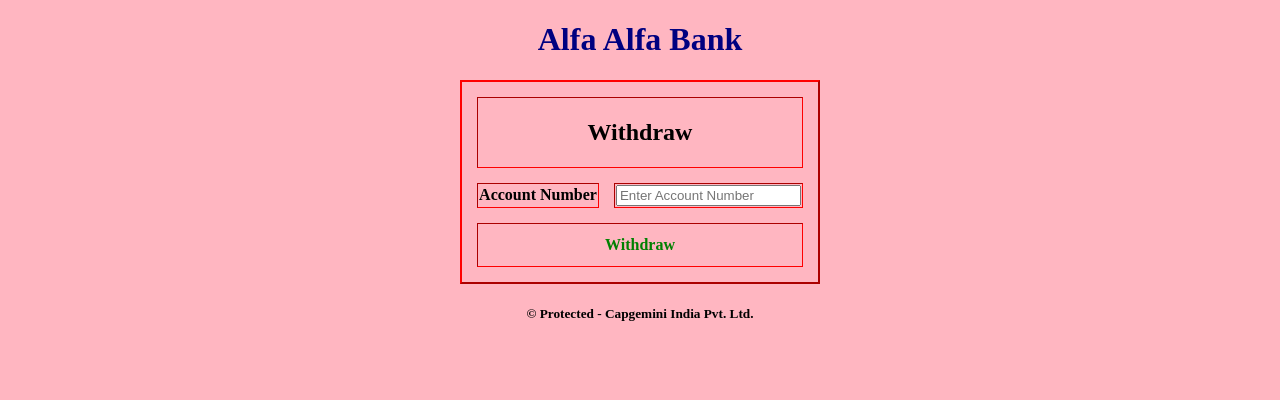
Repository: Rccalfa123/OnlineBankingApp
Page: http://localhost/AlfaAlfaBankApp/withdrawForm.jsp
These files come from the project's save history. The page is drawn as it stood at one moment and after the next save; the edit follows.
The browser window is 1280 px wide. The pictures show the whole page.
The page is served by Tomcat 9. Other server files are loaded and not shown.

Above is the page before, as saved 2018-08-10 12:46:53.

### AlfaAlfaBankApp/WebContent/withdrawForm.jsp
<%@ page language="java" contentType="text/html; charset=ISO-8859-1"
    pageEncoding="ISO-8859-1"%>
<!DOCTYPE html>
<html>
<head>

<link rel="stylesheet" type="text/css" href="mystyle.css">

<meta charset="ISO-8859-1">
<title>Insert title here</title>
</head>
<body>

<jsp:include page="header.jsp"></jsp:include>

		<form action=".app" method="get">

			<div>
				<table cellspacing="15" align="center" border="2">
					<tr>
						<th colspan="6" height="35"><h2>Withdraw</h2></th>
					</tr>
					<tr>
						<th height="20">Account Number</th>
						<th colspan="5" > <input type="number" name="typedAccount"  placeholder="Enter Account Number"></th>
					</tr>

					<tr>
						<th colspan="6"  height="40"><a href = "withdraw.app">Withdraw</a></th>
					</tr>
				</table>
			</div>

		</form>
	<jsp:include page="footer.html"></jsp:include>


</body>
</html>

### AlfaAlfaBankApp/WebContent/header.jsp
<%@taglib prefix="jstl" uri="http://java.sun.com/jsp/jstl/core" %>
<div align="center">
	<h1>Alfa Alfa Bank</h1>
</div>

### AlfaAlfaBankApp/WebContent/footer.html
<div align="center">
<h5>&copy; Protected - Capgemini India Pvt. Ltd.</h5>
</div>

### AlfaAlfaBankApp/WebContent/mystyle.css
@charset "ISO-8859-1";

body {
    background-color: lightpink;
}

h1 {
    color: navy;
}

td{

 font-family: sans-serif;

}

table {
	border-color: red;
	border-right: 2px 2px 2px 2px ;
}

a{
	text-decoration: none;
	color: green;
}

After the next save:
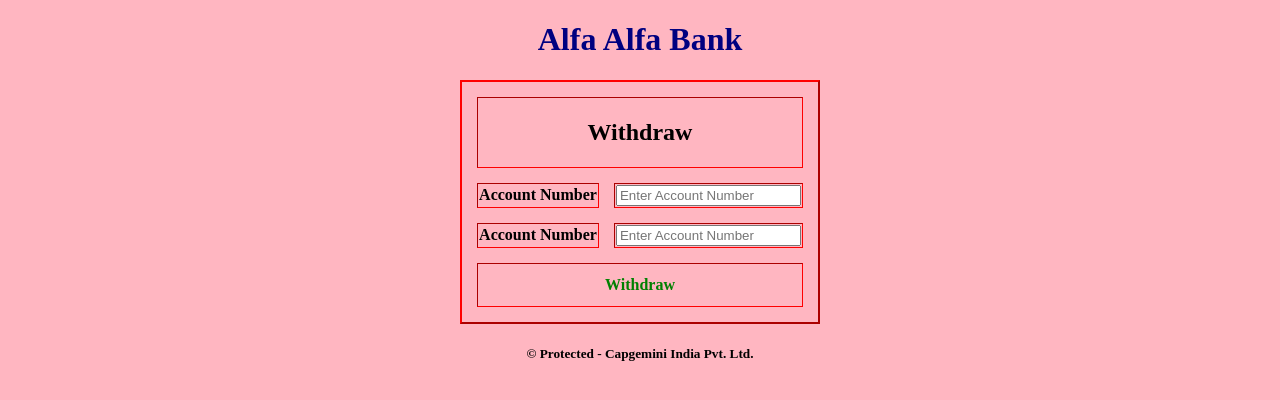
Saved 18 s later.
--- a/AlfaAlfaBankApp/WebContent/withdrawForm.jsp
+++ b/AlfaAlfaBankApp/WebContent/withdrawForm.jsp
@@ -24,6 +24,10 @@
 						<th height="20">Account Number</th>
 						<th colspan="5" > <input type="number" name="typedAccount"  placeholder="Enter Account Number"></th>
 					</tr>
+					<tr>
+						<th height="20">Account Number</th>
+						<th colspan="5" > <input type="number" name="typedAccount"  placeholder="Enter Account Number"></th>
+					</tr>
 
 					<tr>
 						<th colspan="6"  height="40"><a href = "withdraw.app">Withdraw</a></th>
